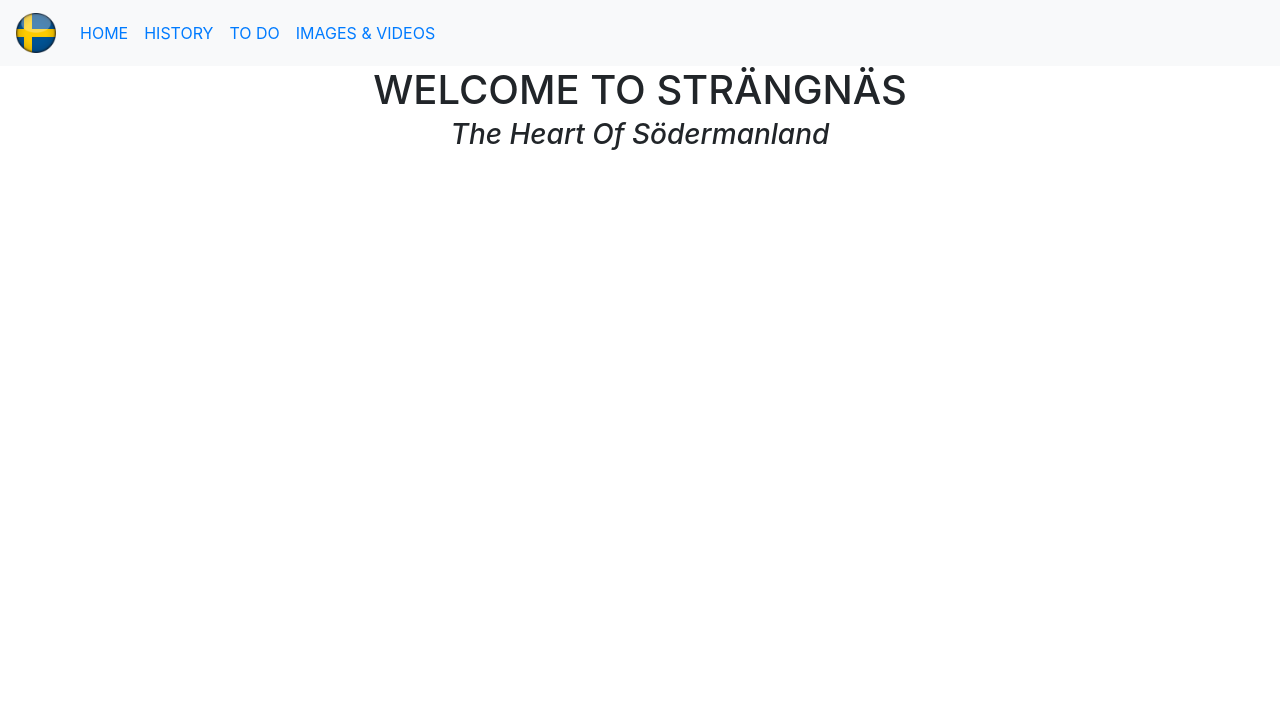
Repository: kososwede/first-project
Page: index.html
The author's editor kept a record of every edit. The page is drawn from the files as they stood at one moment, then again after the next edit.
The browser window is 1280 px wide. The pictures show the whole page.
An inner scrolling area shows only its first screen. Some web fonts or font styles are not loaded; a fallback is used.

Above is the page before.

### index.html
<!DOCTYPE html>
<html lang="en">
<head>
  <meta charset="UTF-8">
  <meta name="viewport" content="width=device-width, initial-scale=1.0">
  <meta http-equiv="X-UA-Compatible" content="ie=edge">
  <link rel="stylesheet" href="https://stackpath.bootstrapcdn.com/bootstrap/4.3.1/css/bootstrap.min.css" integrity="sha384-ggOyR0iXCbMQv3Xipma34MD+dH/1fQ784/j6cY/iJTQUOhcWr7x9JvoRxT2MZw1T" crossorigin="anonymous">
  <link rel="stylesheet" href="https://stackpath.bootstrapcdn.com/font-awesome/4.7.0/css/font-awesome.min.css" type="text/css" />
  <link rel="stylesheet" href="https://cdnjs.cloudflare.com/ajax/libs/hover.css/2.3.1/css/hover-min.css" integrity="sha256-c+C87jupO1otD1I5uyxV68WmSLCqtIoNlcHLXtzLCT0=" crossorigin="anonymous" />
  <link rel="stylesheet" href="assets/css/style.css" type="text/css" />
  <title>Welcome To Strängnäs</title>
  <title>Document</title>
</head>

<body>

  <!----------------------header-------------------------->

  <!----------nav------->

  <nav class="navbar navbar-expand-lg navbar-light bg-light">
  <a class="navbar-brand" href="index.html"><img class="image-size" src="assets/images/sweden-flag-png-1.png"></img></a>
  <button class="navbar-toggler" type="button" data-toggle="collapse" data-target="#navbarNavAltMarkup" aria-controls="navbarNavAltMarkup" aria-expanded="false" aria-label="Toggle navigation">
    <span class="navbar-toggler-icon"></span>
  </button>
  <div class="collapse navbar-collapse" id="navbarNavAltMarkup">
    <div class="navbar-nav">
      <a class="nav-item nav-link text-primary" href="index.html">HOME<span class="sr-only">(current)</span></a>
      <a class="nav-item nav-link text-primary" href="history.html">HISTORY</a>
      <a class="nav-item nav-link text-primary" href="places.html">TO DO</a>
      <a class="nav-item nav-link text-primary" href="images+videos.html">IMAGES & VIDEOS</a>
    </div>
  </div>
</nav>

<!---------------main------------------------------------>

<header class="masthead d-flex">
    <div class="container text-center my-auto">
      <h1 class="heading mb-1">WELCOME TO STRÄNGNÄS</h1>
      <h3 class="sub-heading mb-5">
        <em>The Heart Of Södermanland</em>
      </h3>
</div>
</header>




  <script src="https://code.jquery.com/jquery-3.3.1.slim.min.js" integrity="sha384-q8i/X+965DzO0rT7abK41JStQIAqVgRVzpbzo5smXKp4YfRvH+8abtTE1Pi6jizo" crossorigin="anonymous"></script>
<script src="https://cdnjs.cloudflare.com/ajax/libs/popper.js/1.14.7/umd/popper.min.js" integrity="sha384-UO2eT0CpHqdSJQ6hJty5KVphtPhzWj9WO1clHTMGa3JDZwrnQq4sF86dIHNDz0W1" crossorigin="anonymous"></script>
<script src="https://stackpath.bootstrapcdn.com/bootstrap/4.3.1/js/bootstrap.min.js" integrity="sha384-JjSmVgyd0p3pXB1rRibZUAYoIIy6OrQ6VrjIEaFf/nJGzIxFDsf4x0xIM+B07jRM" crossorigin="anonymous"></script>
</body>
</html>

### assets/css/style.css
@import url('https://fonts.googleapis.com/css?family=Sniglet&display=swap');
@import url('https://fonts.googleapis.com/css?family=Courgette&display=swap');
body,
html {
 width: 100%;
 height: 100%;
 overflow-x: hidden;
}

.image-size {
 height: 40px;
}

After the next edit:
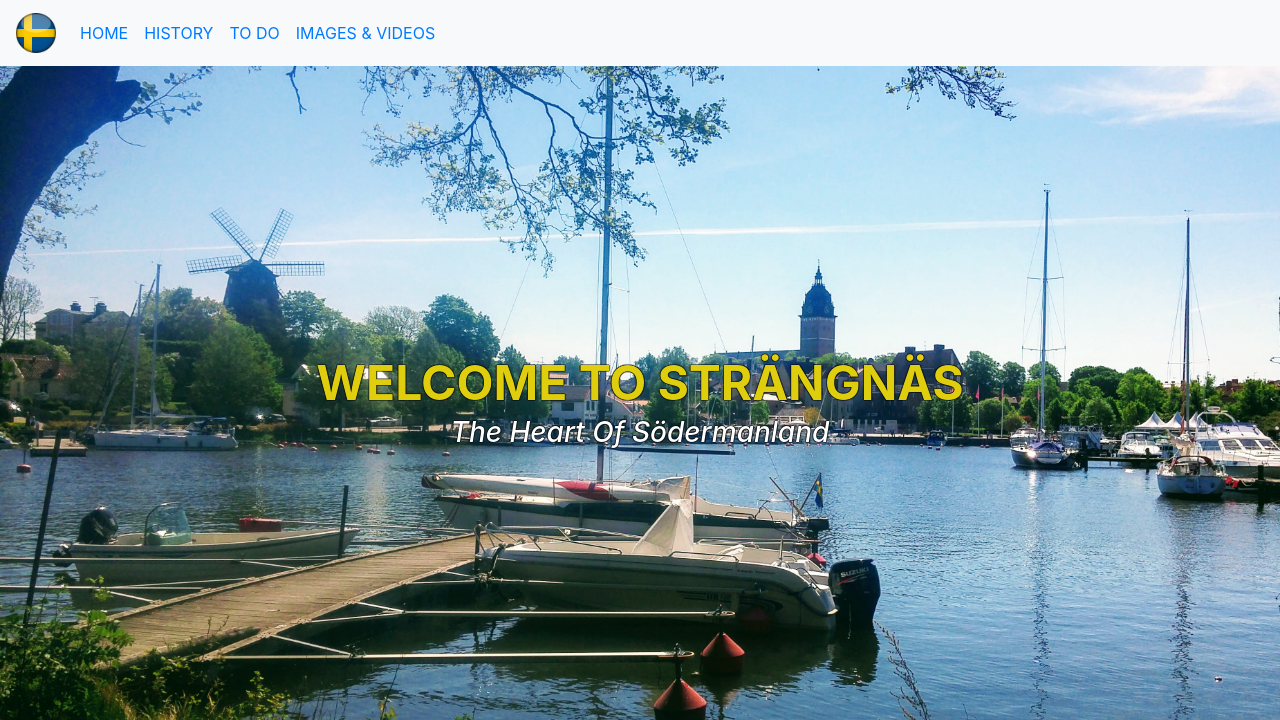
The edit:
--- a/assets/css/style.css
+++ b/assets/css/style.css
@@ -10,3 +10,40 @@
 .image-size {
  height: 40px;
 }
+
+
+.masthead {
+ min-height: 30rem;
+ position: relative;
+ display: table;
+ width: 100%;
+ height: 100%;
+ padding-top: 0rem;
+ padding-bottom: 0rem;
+ background: -webkit-gradient(linear, left top, right top, from(rgba(255, 255, 255, 0.1)), to(rgba(255, 255, 255, 0.1))), url("../images/viewofstrangnas.jpg");
+ background: linear-gradient(90deg, rgba(255, 255, 255, 0.1) 0%, rgba(255, 255, 255, 0.1) 100%), url("../images/viewofstrangnas.jpg");
+ background-image: url(../images/viewofstrangnas.jpg);
+ background-position: center center;
+ background-repeat: no-repeat;
+ background-size: cover;
+
+}
+
+h1  {
+ font-weight: bolder;
+ color: #dece0e;
+ text-shadow: #000 0px 0px 1px, #000 0px 0px 1px, #000 0px 0px 1px,
+ #000 0px 0px 1px, #000 0px 0px 1px, #000 0px 0px 1px;
+ font-size: 3rem;
+
+}
+
+h3 {
+ transition-delay: 1s;
+ transition-duration: 3s;
+ transition-timing-function: ease-in;
+ color: #fff;
+ text-shadow: #000 0px 0px 1px,   #000 0px 0px 1px,   #000 0px 0px 1px,
+ #000 0px 0px 1px,   #000 0px 0px 1px,   #000 0px 0px 1px;
+
+}
